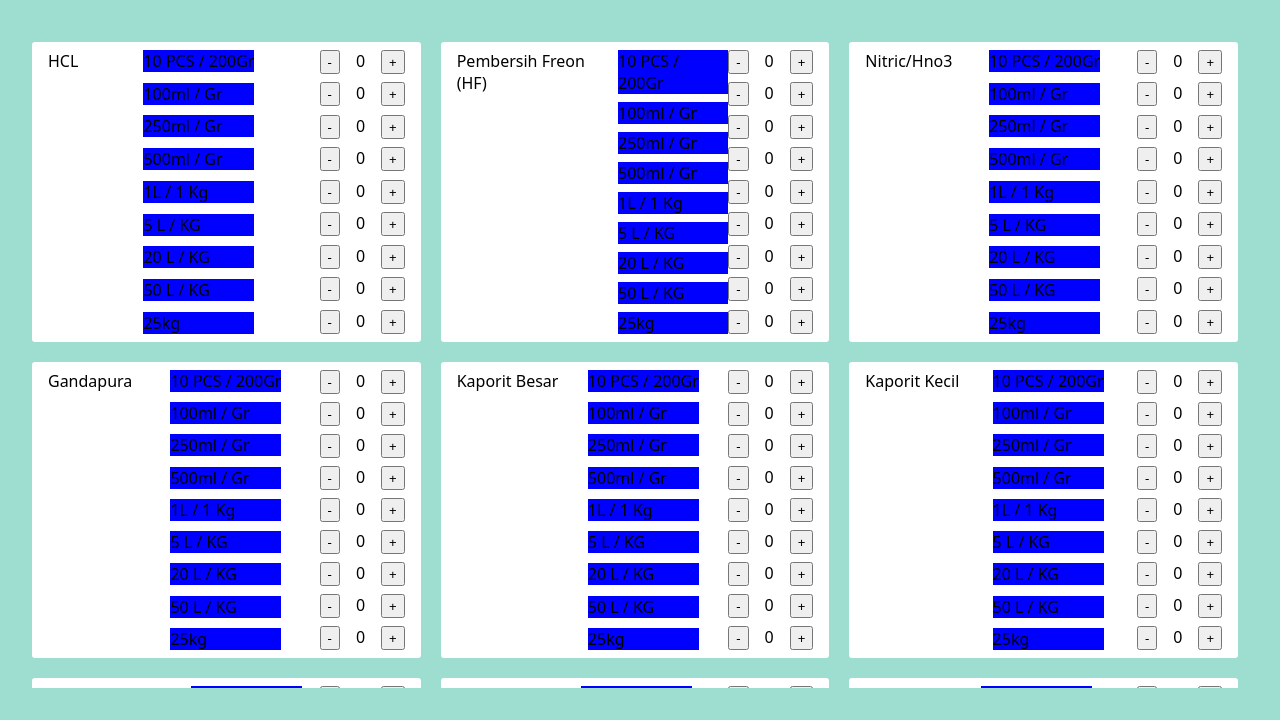
Repository: zuraniumlab-design/upstock-amsk
Page: /
The author's editor kept a copy of each file at every save. The page is drawn from the files as they stood at one save, then again after the next save.
The browser window is 1280 px wide. The pictures show the whole page.
An inner scrolling area shows only its first screen. The project was rebuilt for these pictures with package versions that can differ from the ones it lists, and the page was loaded fresh each time. Also part of the build but not shown: vite.config.js.

Above is the page before, as saved 2026-06-18 16:47:17.

After the next save:
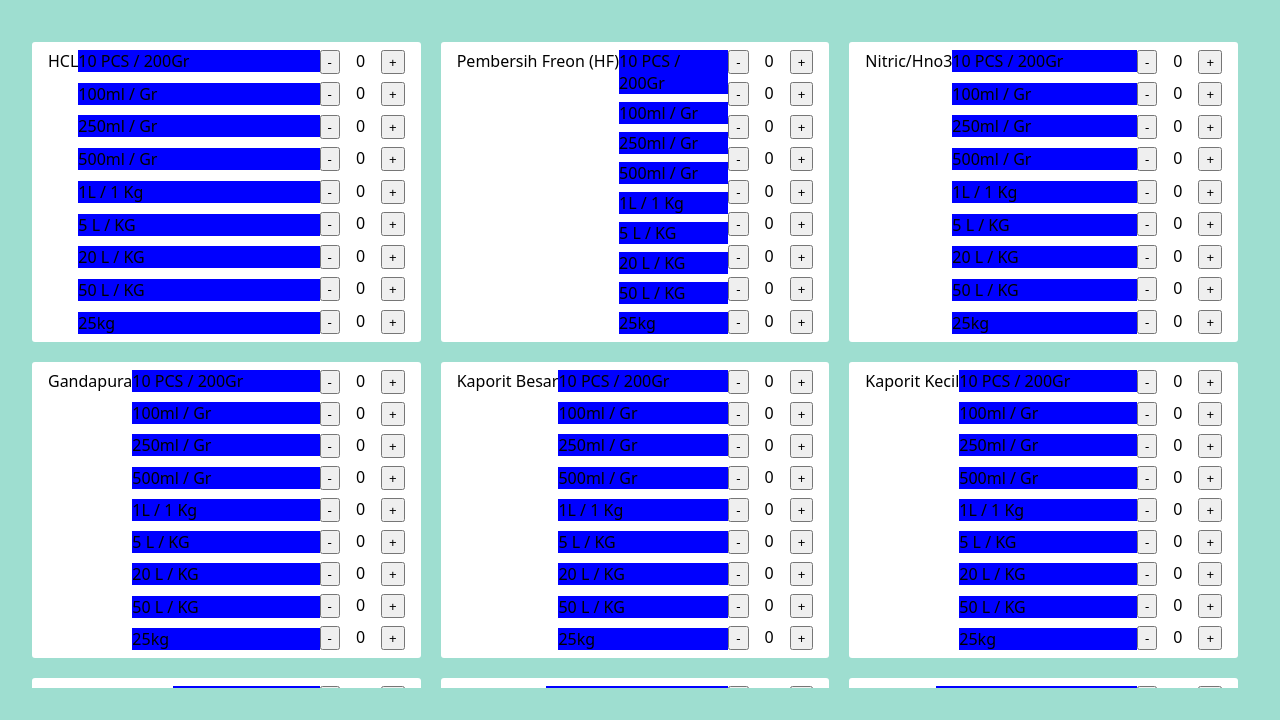
Saved 19 s later.
--- a/src/App.module.css
+++ b/src/App.module.css
@@ -47,6 +47,9 @@
   gap: 0.5rem;
   flex-direction: column;
 }
+.displays {
+  flex: 1;
+}
 
 .display {
   background-color: blue;
